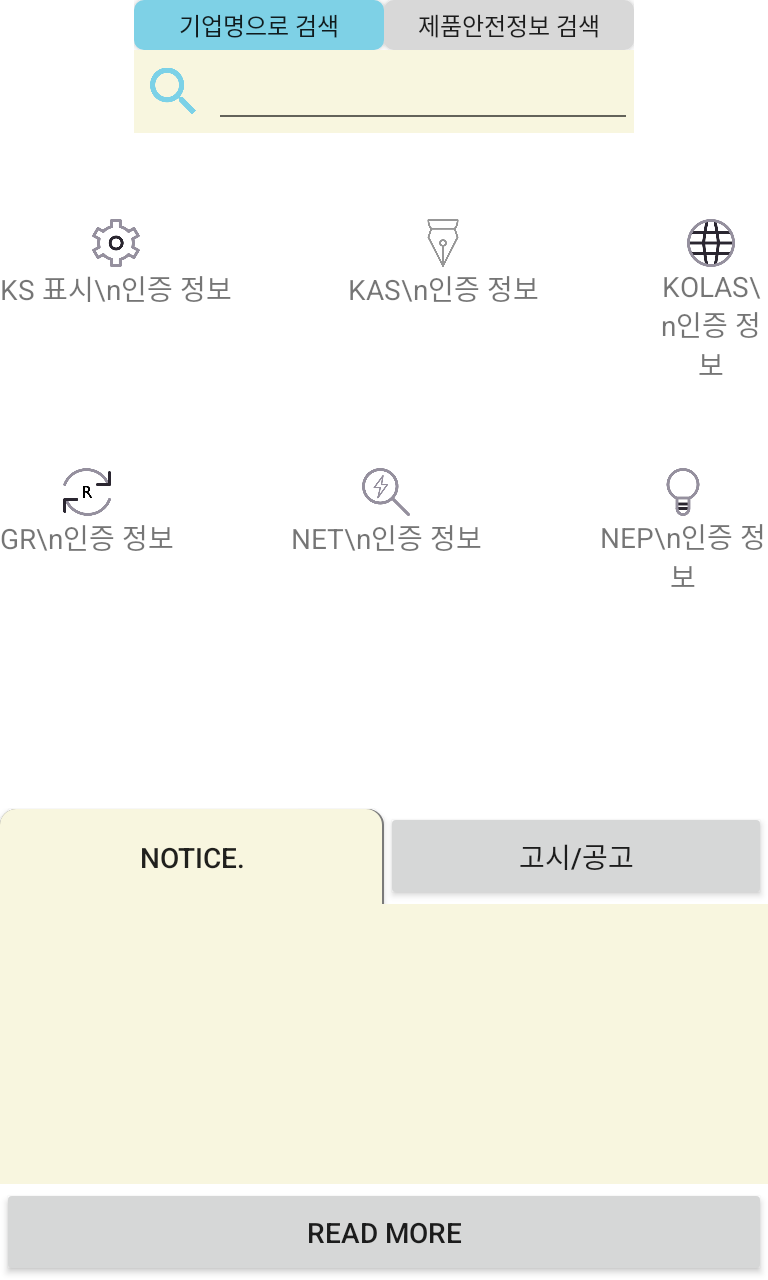
Repository: team-peony/ccfinder
Layout: android/CertifiedCompanyFinder/res/layout/fragment_main.xml
An editor plug-in stored every save of this project. The layout is shown before and after the next save, followed by the edit.
It is drawn on a 768 x 1280 px phone screen (xhdpi) without system bars, with theme AppTheme; the app's code is not run. Lists and similar views that code fills are empty.

Above is the layout before, as saved 2015-02-19 17:39:14.

### android/CertifiedCompanyFinder/res/layout/fragment_main.xml
<RelativeLayout xmlns:android="http://schemas.android.com/apk/res/android"
    xmlns:tools="http://schemas.android.com/tools"
    android:layout_width="match_parent"
    android:layout_height="match_parent"
    android:layout_marginTop="20dp"
    android:background="#FFFFFF"
    tools:context="com.peony.ccfinder.MainActivity$PlaceholderFragment" >

    <!-- 검색어 입력창 부분 -->
    <LinearLayout
        android:id="@+id/main_llSearch"
        android:layout_centerHorizontal="true"
        android:layout_width="250dp"
        android:layout_height="wrap_content"
        android:orientation="vertical">

        <LinearLayout
            android:layout_width="match_parent"
            android:layout_height="wrap_content"
            android:orientation="horizontal">
            <Button
                android:id="@+id/main_btnCompany"
                android:layout_width="0dp"
                android:layout_height="25dp"
                android:layout_weight="1"
                android:padding="0dp"
                android:textSize="12sp"
                android:background="@drawable/search_type_selected"
                android:text="기업명으로 검색"/>

            <Button
                android:id="@+id/main_btnSafety"
                android:layout_width="0dp"
                android:layout_height="25dp"
                android:layout_weight="1"
                android:padding="0dp"
                android:textSize="12sp"
                android:background="@drawable/search_type_unselected"
                android:text="제품안전정보 검색"/>

        </LinearLayout>

        <LinearLayout
            android:layout_width="match_parent"
            android:layout_height="wrap_content"
            android:orientation="horizontal"
            android:background="@color/cc_color_bage"
            android:gravity="center_vertical">

            <ImageView
                android:layout_width="23dp"
                android:layout_height="25dp"
                android:layout_margin="8dp"
                android:src="@drawable/search_icon" />

            <EditText
                android:id="@+id/main_etKeyword"
                android:layout_width="match_parent"
                android:layout_height="wrap_content"
                android:singleLine="true"
                android:imeOptions="actionSearch"/>

        </LinearLayout>
    </LinearLayout>


    <!-- 카테고리 부분 -->
    <LinearLayout
        android:id="@+id/main_llCategories"
        android:layout_width="wrap_content"
        android:layout_height="wrap_content"
        android:layout_marginTop="43dp"
        android:orientation="vertical"
        android:layout_centerHorizontal="true"
        android:layout_below="@id/main_llSearch">
        <!-- 카테고리 상단 -->
        <LinearLayout
            android:layout_width="wrap_content"
            android:layout_height="wrap_content"
            android:orientation="horizontal">

            <!-- KS -->
            <LinearLayout
                android:id="@+id/main_llCategoryKs"
                android:layout_width="wrap_content"
                android:layout_height="wrap_content"
                android:orientation="vertical"
                android:gravity="center">
	            <ImageView
	                android:layout_width="@dimen/category_icon_size"
	                android:layout_height="@dimen/category_icon_size"
	                android:src="@drawable/ks_icon" />

	            <TextView
	                android:layout_width="wrap_content"
	                android:layout_height="wrap_content"
	                android:text="KS 표시\n인증 정보"
	                android:gravity="center"/>
	        </LinearLayout>

            <!-- KAS -->
            <LinearLayout
                android:id="@+id/main_llCategoryKas"
                android:layout_width="wrap_content"
                android:layout_height="wrap_content"
                android:layout_marginLeft="@dimen/category_padding"
                android:layout_marginRight="@dimen/category_padding"
                android:orientation="vertical"
                android:gravity="center">
	            <ImageView
	                android:layout_width="@dimen/category_icon_size"
	                android:layout_height="@dimen/category_icon_size"
	                android:src="@drawable/kas_icon" />

	            <TextView
	                android:layout_width="wrap_content"
	                android:layout_height="wrap_content"
	                android:text="KAS\n인증 정보"
	                android:gravity="center"/>
	        </LinearLayout>

            <!-- KOLAS -->
            <LinearLayout
                android:id="@+id/main_llCategoryKolas"
                android:layout_width="wrap_content"
                android:layout_height="wrap_content"
                android:orientation="vertical"
                android:gravity="center">
	            <ImageView
	                android:layout_width="@dimen/category_icon_size"
	                android:layout_height="@dimen/category_icon_size"
	                android:src="@drawable/kolas_icon" />

	            <TextView
	                android:layout_width="wrap_content"
	                android:layout_height="wrap_content"
	                android:text="KOLAS\n인증 정보"
	                android:gravity="center"/>
	        </LinearLayout>

        </LinearLayout>


        <!-- 카테고리 하단 -->
        <LinearLayout
            android:layout_marginTop="42dp"
            android:layout_width="wrap_content"
            android:layout_height="wrap_content"
            android:orientation="horizontal">
            <!-- GR -->
            <LinearLayout
                android:id="@+id/main_llCategoryGr"
                android:layout_width="wrap_content"
                android:layout_height="wrap_content"
                android:orientation="vertical"
                android:gravity="center">
	            <ImageView
	                android:layout_width="@dimen/category_icon_size"
	                android:layout_height="@dimen/category_icon_size"
	                android:src="@drawable/gr_icon" />

	            <TextView
	                android:layout_width="wrap_content"
	                android:layout_height="wrap_content"
	                android:text="GR\n인증 정보"
	                android:gravity="center"/>
	        </LinearLayout>

            <!-- NET -->
            <LinearLayout
                android:id="@+id/main_llCategoryNet"
                android:layout_width="wrap_content"
                android:layout_height="wrap_content"
                android:layout_marginLeft="@dimen/category_padding"
                android:layout_marginRight="@dimen/category_padding"
                android:orientation="vertical"
                android:gravity="center">
	            <ImageView
	                android:layout_width="@dimen/category_icon_size"
	                android:layout_height="@dimen/category_icon_size"
	                android:src="@drawable/net_icon" />

	            <TextView
	                android:layout_width="wrap_content"
	                android:layout_height="wrap_content"
	                android:text="NET\n인증 정보"
	                android:gravity="center"/>
	        </LinearLayout>

            <!-- NEP -->
            <LinearLayout
                android:id="@+id/main_llCategoryNep"
                android:layout_width="wrap_content"
                android:layout_height="wrap_content"
                android:orientation="vertical"
                android:gravity="center">
	            <ImageView
	                android:layout_width="@dimen/category_icon_size"
	                android:layout_height="@dimen/category_icon_size"
	                android:src="@drawable/nep_icon" />

	            <TextView
	                android:layout_width="wrap_content"
	                android:layout_height="wrap_content"
	                android:text="NEP\n인증 정보"
	                android:gravity="center"/>
	        </LinearLayout>

        </LinearLayout>

    </LinearLayout>

    <!-- 공지 사항 -->
    <LinearLayout
        android:id="@+id/main_llNoticeArea"
        android:layout_width="match_parent"
        android:layout_height="wrap_content"
        android:orientation="vertical"
        android:layout_alignParentBottom="true">

        <!-- 공지 탭 -->
        <LinearLayout
            android:layout_width="match_parent"
            android:layout_height="wrap_content"
            android:orientation="horizontal">
            <Button
	            android:id="@+id/main_btnTabNotice"
	            android:layout_width="0dp"
	            android:layout_height="wrap_content"
	            android:layout_weight="1"
	            android:background="@drawable/notice_tab_selected"
	            android:text="NOTICE."/>

	        <Button
	            android:id="@+id/main_btnTabGosi"
	            android:layout_width="0dp"
	            android:layout_height="wrap_content"
	            android:layout_weight="1"
	            android:text="고시/공고"/>
        </LinearLayout>

        <ListView
            android:id="@+id/main_lvNotices"
            android:layout_width="match_parent"
            android:layout_height="140dp"
            android:background="@color/cc_color_bage"/>

        <Button
	            android:id="@+id/main_btnReadMore"
	            android:layout_width="match_parent"
	            android:layout_height="wrap_content"
	            android:text="Read more"/>
    </LinearLayout>

</RelativeLayout>

### android/CertifiedCompanyFinder/res/values/styles.xml
<resources>

    <!--
        Base application theme, dependent on API level. This theme is replaced
        by AppBaseTheme from res/values-vXX/styles.xml on newer devices.
    -->
    <style name="AppBaseTheme" parent="Theme.AppCompat.Light">
        <!--
            Theme customizations available in newer API levels can go in
            res/values-vXX/styles.xml, while customizations related to
            backward-compatibility can go here.
        -->
    </style>

    <!-- Application theme. -->
    <style name="AppTheme" parent="AppBaseTheme">
        <!-- All customizations that are NOT specific to a particular API-level can go here. -->
    </style>

</resources>

### android/CertifiedCompanyFinder/res/drawable/search_type_selected.xml
<?xml version="1.0" encoding="utf-8"?>
<shape xmlns:android="http://schemas.android.com/apk/res/android" >
    <solid android:color="@color/cc_color_skyblue"/>
    <corners android:radius="5dp"/>
    <padding android:left="10dp"
        android:top="10dp"
        android:right="10dp"
        android:bottom="10dp"/>

</shape>

### android/CertifiedCompanyFinder/res/drawable/search_type_unselected.xml
<?xml version="1.0" encoding="utf-8"?>
<shape xmlns:android="http://schemas.android.com/apk/res/android" >
    <solid android:color="@color/cc_color_unselected"/>
    <corners android:radius="5dp"/>
    <padding android:left="10dp"
        android:top="10dp"
        android:right="10dp"
        android:bottom="10dp"/>

</shape>

### android/CertifiedCompanyFinder/res/values/colors.xml
<?xml version="1.0" encoding="utf-8"?>
<resources>
    <color name="cc_color_bage">#F8F6DF</color>
    <color name="cc_color_skyblue">#7ED1E6</color>
    <color name="cc_color_unselected">#D8D8D8</color>
    <color name="cc_color_shadow">#7A7A7A</color>
</resources>

### android/CertifiedCompanyFinder/res/values/dimens.xml
<resources>

    <!-- Default screen margins, per the Android Design guidelines. -->
    <dimen name="activity_horizontal_margin">16dp</dimen>
    <dimen name="activity_vertical_margin">16dp</dimen>
	<dimen name="category_icon_size">24dp</dimen>
	<dimen name="category_padding">58dp</dimen>
</resources>

### android/CertifiedCompanyFinder/res/drawable/notice_tab_selected.xml
<?xml version="1.0" encoding="utf-8"?>
<layer-list xmlns:android="http://schemas.android.com/apk/res/android" >
    <item>
        <shape android:shape="rectangle">
            <corners android:topLeftRadius="8dp"
		        android:topRightRadius="8dp"
		        android:bottomLeftRadius="0.1dp"
		        android:bottomRightRadius="0.1dp"/>
			<solid android:color="@color/cc_color_shadow"/>
        </shape>
    </item>

    <item android:right="1dp">
        <shape android:shape="rectangle">
		    <corners android:topLeftRadius="8dp"
		        android:topRightRadius="8dp"
		        android:bottomLeftRadius="0.1dp"
		        android:bottomRightRadius="0.1dp"/>
			<solid android:color="@color/cc_color_bage"/>
		</shape>
    </item>
</layer-list>

Loaded but not shown: android/CertifiedCompanyFinder/res/values-v11/styles.xml (common file); android/CertifiedCompanyFinder/res/values-v14/styles.xml (common file)

After the next save:
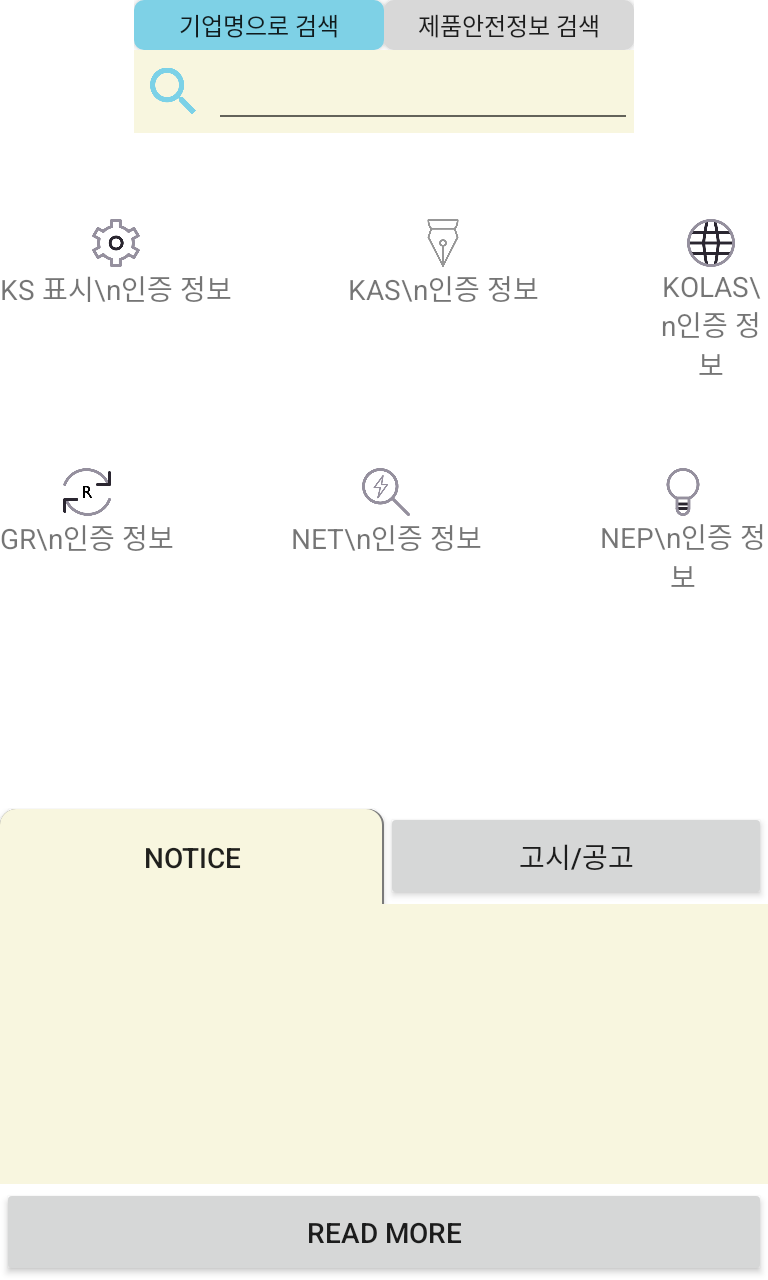
Saved 7 s later.
--- a/android/CertifiedCompanyFinder/res/layout/fragment_main.xml
+++ b/android/CertifiedCompanyFinder/res/layout/fragment_main.xml
@@ -229,7 +229,7 @@
 	            android:layout_height="wrap_content"
 	            android:layout_weight="1"
 	            android:background="@drawable/notice_tab_selected"
-	            android:text="NOTICE."/>
+	            android:text="NOTICE"/>
 
 	        <Button
 	            android:id="@+id/main_btnTabGosi"
